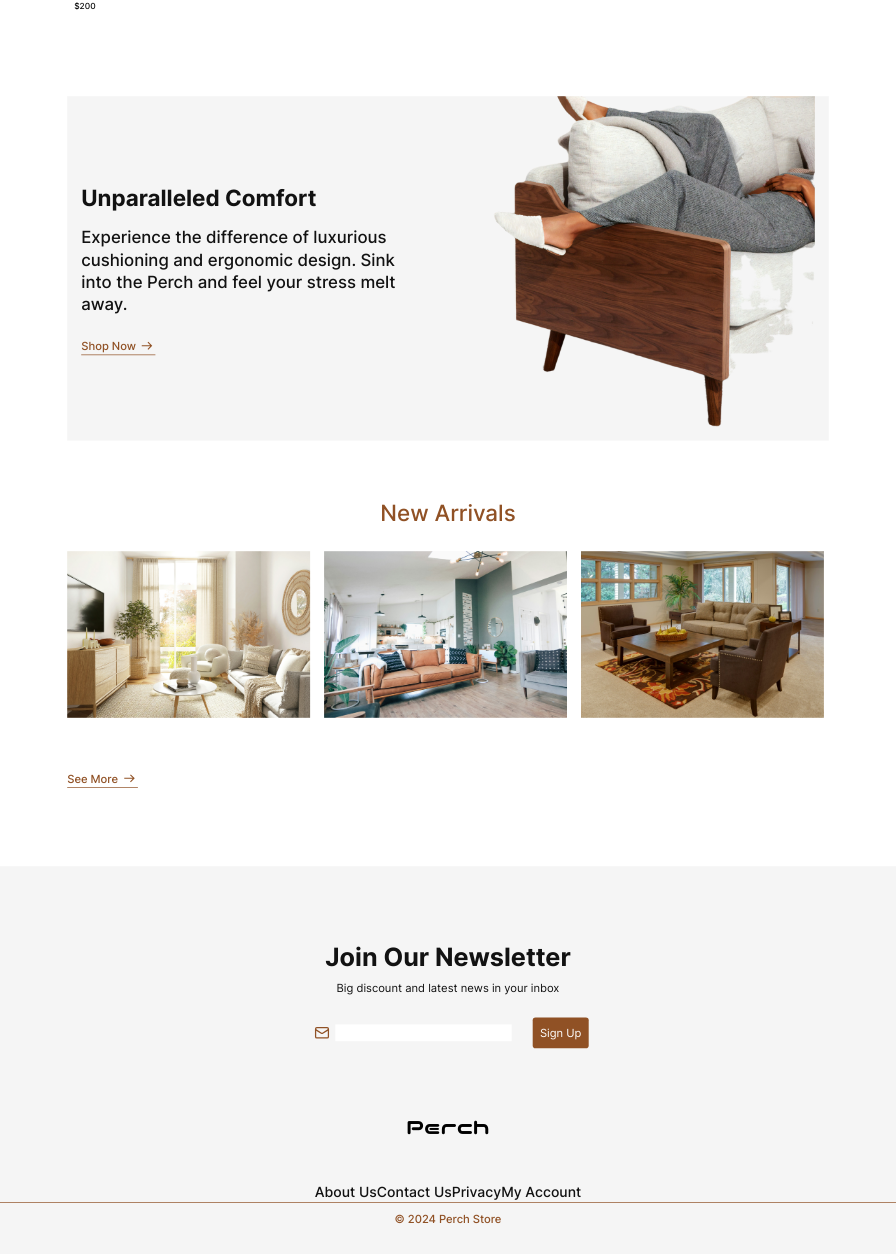
Repository: abdulmalikyusuf/HNG11-Stage02
Page: /
An editor plug-in stored every save of this project. The page is shown before and after a run of saves, followed by the edit.
The browser window is 1280 px wide. The pictures show the part of the page from y = 1929 to 3849 px (the page is 3721 px tall before and 3849 px after), at 70% of full size.
The project was rebuilt for these pictures with package versions that can differ from the ones it lists, and the page was loaded fresh each time. Also part of the build but not shown: vite.config.ts.

Above is the page before, as saved 2024-07-07 16:54:30.

### index.html
<!DOCTYPE html>
<html lang="en">
  <head>
    <meta charset="UTF-8" />
    <!-- <link rel="icon" type="image/svg+xml" href="/vite.svg" /> -->
    <meta name="viewport" content="width=device-width, initial-scale=1.0" />
    <title>Pearch E-Commerce App</title>
  </head>
  <body>
    <div id="root"></div>
    <script type="module" src="/src/main.tsx"></script>
  </body>
</html>

### src/App.tsx
import { createBrowserRouter, RouterProvider } from "react-router-dom";

import RootLayout from "@/routes/root";
import IndexPage from "@/routes";
import "./App.css";

const router = createBrowserRouter([
  {
    path: "/",
    element: <RootLayout />,
    // errorElement: <ErrorPage />,
    children: [
      {
        index: true,
        element: <IndexPage />,
      },
      {
        path: "cart",
        element: <p>Cart</p>,
      },
      {
        path: "checkout",
        element: <p>Checkout</p>,
      },
    ],
  },
]);

function App() {
  return <RouterProvider router={router} />;
}

export default App;

### src/index.css
:root {
  font-family: Inter, system-ui, Avenir, Helvetica, Arial, sans-serif;
  line-height: 1.5;
  font-weight: 400;

  color-scheme: light dark;
  /* color: rgba(255, 255, 255, 0.87);
  background-color: #242424; */

  font-synthesis: none;
  text-rendering: optimizeLegibility;
  -webkit-font-smoothing: antialiased;
  -moz-osx-font-smoothing: grayscale;
}
@font-face {
  font-family: Inter;
  src: url(fonts/Inter.ttf) format("truetype");
}
@font-face {
  font-family: SpaceGrotesk;
  src: url(fonts/SpaceGrotesk.ttf) format("truetype");
}
@font-face {
  font-family: NicoMoji;
  src: url(fonts/NicoMoji-Regular.ttf) format("truetype");
}

### src/routes/root.tsx
import { Outlet } from "react-router-dom";

import Footer from "@/components/footer";
import Header from "@/components/header";

function RootLayout() {
  return (
    <>
      <Header />
      <Outlet />
      <div className="flow-root">
        <Footer />
      </div>
    </>
  );
}

export default RootLayout;

### src/routes/index.tsx
import { Link } from "react-router-dom";

import ChairHero from "@/assets/img/83417461_Slipper -2 1.png";
import Chair1 from "@/assets/img/vertical-shot-wooden-chair-white 1.png";
import Chair2 from "@/assets/img/83419490_Wingback Chair -4.png";
import Chair3 from "@/assets/img/7043761_861.png";
import BannerImage from "@/assets/img/unsplash_348dJPXEFHk.png";
import MoreChairImage1 from "@/assets/img/unsplash_Kh4tedFdHz4.png";
import MoreChairImage2 from "@/assets/img/unsplash_L7EwHkq1B2s.png";
import MoreChairImage3 from "@/assets/img/unsplash_Gh_UjjYoVwk.png";

function IndexPage() {
  return (
    <>
      <div className="flex items-center gap-24 bg-[#F5F5F5] px-[100px] py-13">
        <div className="flex flex-col gap-24">
          <div className="text-6xl font-bold">
            <h2 className="text-black">Elevate Your</h2>
            <h2 className="uppercase text-primary">comfort</h2>
          </div>
          <div className="font-semibold text-xl leading-6 flex flex-col gap-6">
            <p className="">Want comfort and style? Perch is for you.</p>
            <p className="text-primary">See collection</p>
          </div>
        </div>
        <div className="flex-1">
          <img src={ChairHero} alt="A chair from pearch website" className="" />
        </div>
      </div>
      <div className="px-24 flex flex-col gap-20 mb-28">
        <div className="py-[88px]">
          <div className="grid grid-cols-2 grid-rows-2 items-stretch gap-x-5 gap-y-6">
            <div className="row-span-2">
              <div className="p-[30px] bg-miscellaneous flex flex-col">
                <div className="flex-1 flex flex-col gap-3">
                  <h5 className="text-[28px] font-semibold">Scandinavian</h5>
                  <Link
                    to=""
                    className="w-fit font-medium text-primary border-b border-primary inline-flex items-center gap-1"
                  >
                    Shop Now{" "}
                    <span className="">
                      <svg
                        xmlns="http://www.w3.org/2000/svg"
                        width="24"
                        height="25"
                        viewBox="0 0 24 25"
                        fill="none"
                      >
                        <mask
                          id="mask0_18_143"
                          style={{ maskType: "alpha" }}
                          maskUnits="userSpaceOnUse"
                          x="0"
                          y="0"
                          width="24"
                          height="25"
                        >
                          <rect y="0.5" width="24" height="24" fill="#D9D9D9" />
                        </mask>
                        <g mask="url(#mask0_18_143)">
                          <path
                            d="M13.8462 18.1538L12.7923 17.0693L16.6115 13.25H4.5V11.75H16.6115L12.7923 7.93075L13.8462 6.84625L19.5 12.5L13.8462 18.1538Z"
                            fill="#905125"
                          />
                        </g>
                      </svg>
                    </span>
                  </Link>
                </div>
                <div className="self-end -mt-20">
                  <img src={Chair1} alt="" className="" />
                </div>
              </div>
            </div>
            <div className="p-[30px] bg-miscellaneous flex items-end justify-between">
              <div className="flex-1 flex flex-col gap-3">
                <h5 className="text-[28px] font-semibold">Chesterfield</h5>
                <Link
                  to=""
                  className="w-fit font-medium text-primary border-b border-primary inline-flex items-center gap-1"
                >
                  Shop Now{" "}
                  <span className="">
                    <svg
                      xmlns="http://www.w3.org/2000/svg"
                      width="24"
                      height="25"
                      viewBox="0 0 24 25"
                      fill="none"
                    >
                      <mask
                        id="mask0_18_143"
                        style={{ maskType: "alpha" }}
                        maskUnits="userSpaceOnUse"
                        x="0"
                        y="0"
                        width="24"
                        height="25"
                      >
                        <rect y="0.5" width="24" height="24" fill="#D9D9D9" />
                      </mask>
                      <g mask="url(#mask0_18_143)">
                        <path
                          d="M13.8462 18.1538L12.7923 17.0693L16.6115 13.25H4.5V11.75H16.6115L12.7923 7.93075L13.8462 6.84625L19.5 12.5L13.8462 18.1538Z"
                          fill="#905125"
                        />
                      </g>
                    </svg>
                  </span>
                </Link>
              </div>
              <img src={Chair2} alt="" className="" />
            </div>
            <div className="p-[30px] bg-miscellaneous flex items-end justify-between">
              <div className="flex-1 flex flex-col gap-3">
                <h5 className="text-[28px] font-semibold">Denatti</h5>
                <Link
                  to=""
                  className="w-fit font-medium text-primary border-b border-primary inline-flex items-center gap-1"
                >
                  Shop Now{" "}
                  <span className="">
                    <svg
                      xmlns="http://www.w3.org/2000/svg"
                      width="24"
                      height="25"
                      viewBox="0 0 24 25"
                      fill="none"
                    >
                      <mask
                        id="mask0_18_143"
                        style={{ maskType: "alpha" }}
                        maskUnits="userSpaceOnUse"
                        x="0"
                        y="0"
                        width="24"
                        height="25"
                      >
                        <rect y="0.5" width="24" height="24" fill="#D9D9D9" />
                      </mask>
                      <g mask="url(#mask0_18_143)">
                        <path
                          d="M13.8462 18.1538L12.7923 17.0693L16.6115 13.25H4.5V11.75H16.6115L12.7923 7.93075L13.8462 6.84625L19.5 12.5L13.8462 18.1538Z"
                          fill="#905125"
                        />
                      </g>
                    </svg>
                  </span>
                </Link>
              </div>
              <img src={Chair3} alt="" className="" />
            </div>
          </div>
        </div>
        <div className="">
          <h4 className="capitalize text-32 text-center text-primary font-medium">
            new arrivals
          </h4>
          <div className="mt-[30px]">
            <div className="flex gap-5">
              <div className="py-10 px-2.5 flex flex-col gap-[30px]">
                <div className="">
                  <img src="" alt="" className="" />
                </div>
                <div className="flex flex-col gap-1.5 text-primary-label font-medium">
                  <p className="">Tyley Chair</p>
                  <small className="text-xs">$200</small>
                </div>
              </div>
            </div>
          </div>
        </div>
        <div className="px-5 bg-miscellaneous">
          <div className="flex items-center gap-16">
            <div className="flex-1 text-primary-label">
              <h4 className="text-32 font-bold">Unparalleled Comfort</h4>
              <p className="mt-4 text-2xl font-medium">
                Experience the difference of luxurious cushioning and ergonomic
                design. Sink into the Perch and feel your stress melt away.
              </p>
              <Link
                to=""
                className="mt-[30px] w-fit font-medium text-primary border-b border-primary inline-flex items-center gap-1"
              >
                Shop Now{" "}
                <span className="">
                  <svg
                    xmlns="http://www.w3.org/2000/svg"
                    width="24"
                    height="25"
                    viewBox="0 0 24 25"
                    fill="none"
                  >
                    <mask
                      id="mask0_18_143"
                      style={{ maskType: "alpha" }}
                      maskUnits="userSpaceOnUse"
                      x="0"
                      y="0"
                      width="24"
                      height="25"
                    >
                      <rect y="0.5" width="24" height="24" fill="#D9D9D9" />
                    </mask>
                    <g mask="url(#mask0_18_143)">
                      <path
                        d="M13.8462 18.1538L12.7923 17.0693L16.6115 13.25H4.5V11.75H16.6115L12.7923 7.93075L13.8462 6.84625L19.5 12.5L13.8462 18.1538Z"
                        fill="#905125"
                      />
                    </g>
                  </svg>
                </span>
              </Link>
            </div>
            <div className="flex-1">
              <img src={BannerImage} alt="" className="" />
            </div>
          </div>
        </div>

        <div className="">
          <h4 className="capitalize text-32 text-center text-primary font-medium">
            new arrivals
          </h4>
          <div className="mt-[30px] flex gap-5">
            {[MoreChairImage1, MoreChairImage2, MoreChairImage3].map(
              (img, i) => (
                <div key={`product-image-${i}`} className="">
                  <img src={img} alt="" className="" />
                </div>
              )
            )}
          </div>
          <div className="mt-11">
            <Link
              to=""
              className="mt-[30px] w-fit font-medium text-primary border-b border-primary inline-flex items-center gap-1"
            >
              See More{" "}
              <span className="">
                <svg
                  xmlns="http://www.w3.org/2000/svg"
                  width="24"
                  height="25"
                  viewBox="0 0 24 25"
                  fill="none"
                >
                  <mask
                    id="mask0_18_143"
                    style={{ maskType: "alpha" }}
                    maskUnits="userSpaceOnUse"
                    x="0"
                    y="0"
                    width="24"
                    height="25"
                  >
                    <rect y="0.5" width="24" height="24" fill="#D9D9D9" />
                  </mask>
                  <g mask="url(#mask0_18_143)">
                    <path
                      d="M13.8462 18.1538L12.7923 17.0693L16.6115 13.25H4.5V11.75H16.6115L12.7923 7.93075L13.8462 6.84625L19.5 12.5L13.8462 18.1538Z"
                      fill="#905125"
                    />
                  </g>
                </svg>
              </span>
            </Link>
          </div>
        </div>
      </div>
    </>
  );
}

export default IndexPage;

### src/components/footer.tsx
import React from "react";
import { Icons } from "./icons";

function Footer() {
  return (
    <footer className="py-[30px] bg-miscellaneous px-24 h[80vh] flex flex-col justify-between gap36">
      <div className="flex flex-col items-center gap-[30px] py-20 border-primary border-dashed">
        <div className="text-center text-primary-label">
          <h3 className="text-4xl font-bold">Join Our Newsletter</h3>
          <p className="mt-3">Big discount and latest news in your inbox</p>
        </div>
        <div className="flex gap-5">
          <div className="flex items-center gap-2 p-2.5">
            <Icons.mail className="size-[22px] stroke-primary" />
            <input
              type="email"
              name=""
              id=""
              className="text-[rgba(18,_18,_18,_0.50)] font-medium"
            />
          </div>
          <button
            type="submit"
            className="bg-primary rounded p-2.5 capitalize text-white"
          >
            sign up
          </button>
        </div>
      </div>
      <div className="flex flex-col gap-12 items-center">
        <h4 className="py-2 text-32 text-label-primary font-nico-moji">
          Perch
        </h4>
        <ul className="flex text-xl font-medium text-primary-label">
          <li className="">About Us</li>
          <li className="">Contact Us</li>
          <li className="">Privacy</li>
          <li className="">My Account</li>
        </ul>
      </div>
      <div className="py-2.5 -mx-24 border-t border-primary text-center">
        <p className="font-medium text-primary">© 2024 Perch Store</p>
      </div>
    </footer>
  );
}

export default Footer;

### src/components/header.tsx
import { cn } from "@/lib/utils";
import { Icons } from "@/components/icons";
import { Link } from "react-router-dom";
import { CartButton } from "./cart-button";

function Header() {
  return (
    <header
      className={cn(
        "h-[46px] md:h-[68px] relative flex items-center justify-between px-4 md:px-[52px]",
        "bg-[#F5F5F5] border-transparent text-black-900 [--logo-fill:#121212]"
      )}
    >
      <div className="flex items-center justify-center gap-3 md:gap-6">
        <button type="button" className="md:hidden">
          <Icons.hamburgerMenu className="size-[26px] md:size-7" />
        </button>
        <Link to="/" className="py-2">
          <span className="text-[32px] leading-normal text-primary-label font-nico-moji capitalize">
            pearch
          </span>
        </Link>
      </div>
      <div className="hidden md:flex justify-center">
        <ul className="flex gap-10">
          {["Home", "Shop", "Products", "Pages"].map((menu) => (
            <li key={menu}>
              <span
                className={cn(
                  "flex items-center justify-center w-fit hover:border-b font-space-grotesk transition-colors focus-visible:outline-none focus-visible:ring-1 focus-visible:ring-ring disabled:pointer-events-none",
                  "gap-0.5 button-xs",
                  "text-black-900 hover:text-black-400 disabled:text-black-700"
                )}
              >
                {menu}{" "}
                <Icons.chevronDown
                  className="size-[18px] relative top-[1px] transition-transform duration-200 ease-in group-data-[state=open]:-rotate-180"
                  aria-hidden
                />
              </span>
            </li>
          ))}

          {/* <NavigationMenu.Link
                  className={cn(
                    "hover:border-b font-space-grotesk transition-colors focus-visible:outline-none focus-visible:ring-1 focus-visible:ring-ring disabled:pointer-events-none",
                    "gap-0.5 button-xs",
                    "text-black-900 hover:text-black-400 disabled:text-black-700"
                  )}
                  href="https://github.com/radix-ui"
                >
                  {menu.title}{" "}
                </NavigationMenu.Link> */}
        </ul>
      </div>
      <div className="flex gap-5 items-center">
        <button type="button" className="hidden md:inline-flex size-7">
          <Icons.search className="" />
        </button>
        <button className="hidden md:inline-flex size-7">
          <Icons.user className="" />
        </button>
        <CartButton numOfItems={2} />
      </div>
    </header>
  );
}

export default Header;

### src/lib/utils.ts
import { type ClassValue, clsx } from "clsx";
import { twMerge } from "tailwind-merge";

export function cn(...inputs: ClassValue[]) {
	return twMerge(clsx(inputs));
}
export function formatPrice(
	price: number | string,
	currency: "USD" | "EUR" | "GBP" | "BDT" = "USD",
	notation: "compact" | "engineering" | "scientific" | "standard" = "standard",
) {
	return new Intl.NumberFormat("en-US", {
		style: "currency",
		currency,
		notation,
	}).format(Number(price));
}

export function arrayRange(start: number, stop: number, step: number) {
	return Array.from(
		{ length: (stop - start) / step + 1 },
		(value, index) => start + index * step,
	);
}

### src/components/cart-button.tsx
import { forwardRef, type ButtonHTMLAttributes } from "react";
import { Slot } from "@radix-ui/react-slot";

import { cn } from "@/lib/utils";
import { Icons } from "@/components/icons";

export interface CartButtonProps
  extends ButtonHTMLAttributes<HTMLButtonElement> {
  numOfItems: number;
  asChild?: boolean;
}

const CartButton = forwardRef<HTMLButtonElement, CartButtonProps>(
  ({ numOfItems, asChild, ...props }, ref) => {
    const Comp = asChild ? Slot : "button";
    return (
      <Comp
        ref={ref}
        {...props}
        type="button"
        className="inline-flex items-center gap-0.5 w-[50px] h-[26px] sm:h-7"
      >
        <Icons.cart className="size-[26px] sm:size-7 text-[var(--icon-colour)]" />
        <span
          className={cn(
            "inline-flex items-center justify-center size-5 rounded-full text-xs leading-[10px] font-inter font-bold",
            "bg-primary text-white [--icon-colour:var(--black-900)]"
          )}
        >
          {numOfItems}
        </span>
      </Comp>
    );
  }
);

CartButton.displayName = "CartButton";

export { CartButton };

### tailwind.config.ts
import { Config } from "tailwindcss";

export default {
  content: ["./index.html", "./src/**/*.{js,ts,jsx,tsx}"],
  theme: {
    fontFamily: {
      "space-grotesk": ["SpaceGrotesk"],
      inter: ["Inter"],
      "nico-moji": ["NicoMoji"],
    },
    extend: {
      padding: {
        13: "52px",
      },
      fontSize: {
        32: "32px",
      },
      colors: {
        primary: {
          DEFAULT: "#905125",
          label: "#121212",
        },
        miscellaneous: "#F5F5F5",
      },
    },
  },
  plugins: [],
} satisfies Config;

Loaded but not shown: src/main.tsx (common file); src/App.css (common file); src/components/icons.tsx (297 lines, source omitted)

After the next 2 saves:
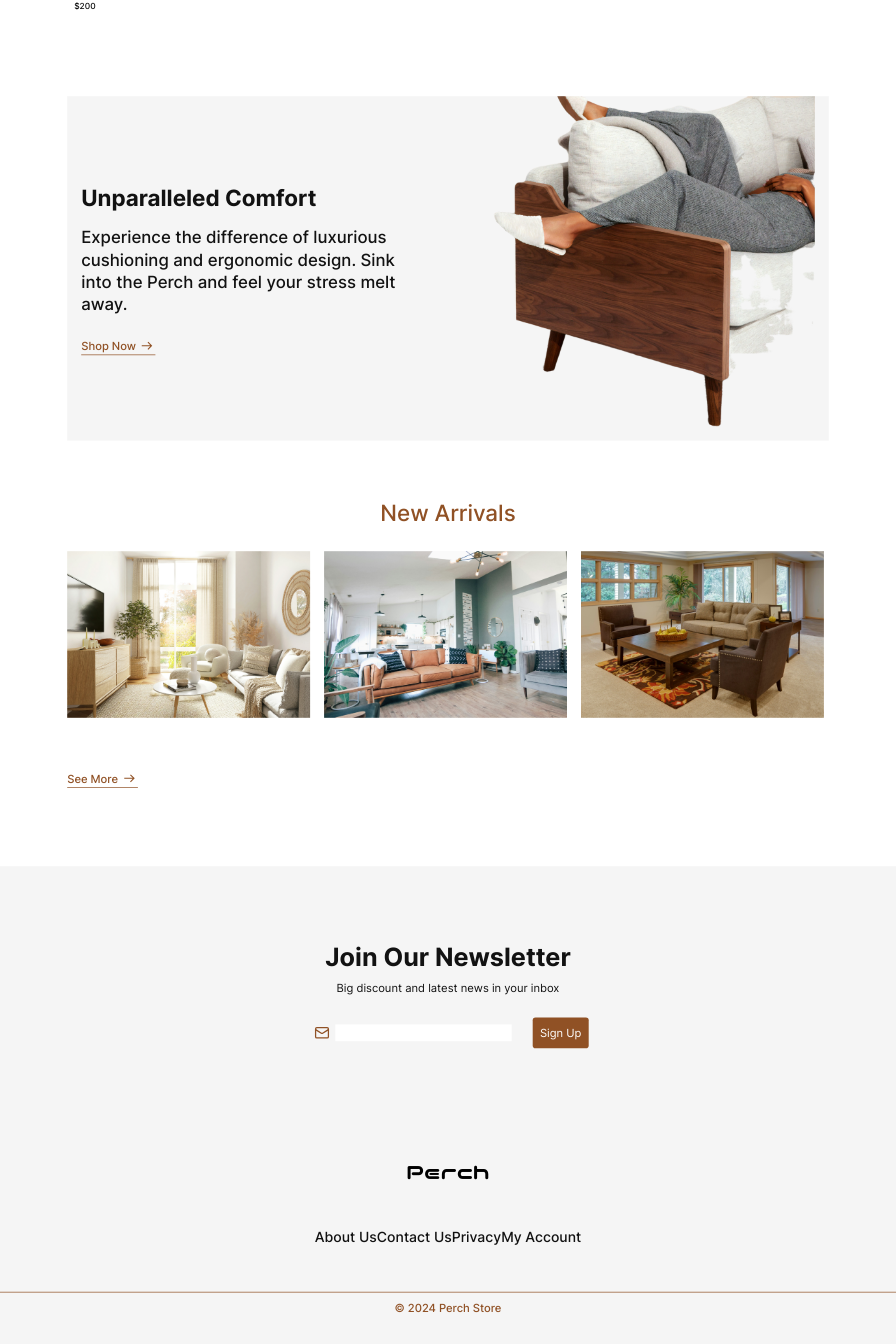
The 2 saves are shown as one change because they came seconds apart.
The last was saved 9 s later.
--- a/src/components/footer.tsx
+++ b/src/components/footer.tsx
@@ -3,7 +3,7 @@
 
 function Footer() {
   return (
-    <footer className="py-[30px] bg-miscellaneous px-24 h[80vh] flex flex-col justify-between gap36">
+    <footer className="py-[30px] bg-miscellaneous px-24 h[80vh] flex flex-col justify-between gap-16">
       <div className="flex flex-col items-center gap-[30px] py-20 border-primary border-dashed">
         <div className="text-center text-primary-label">
           <h3 className="text-4xl font-bold">Join Our Newsletter</h3>
